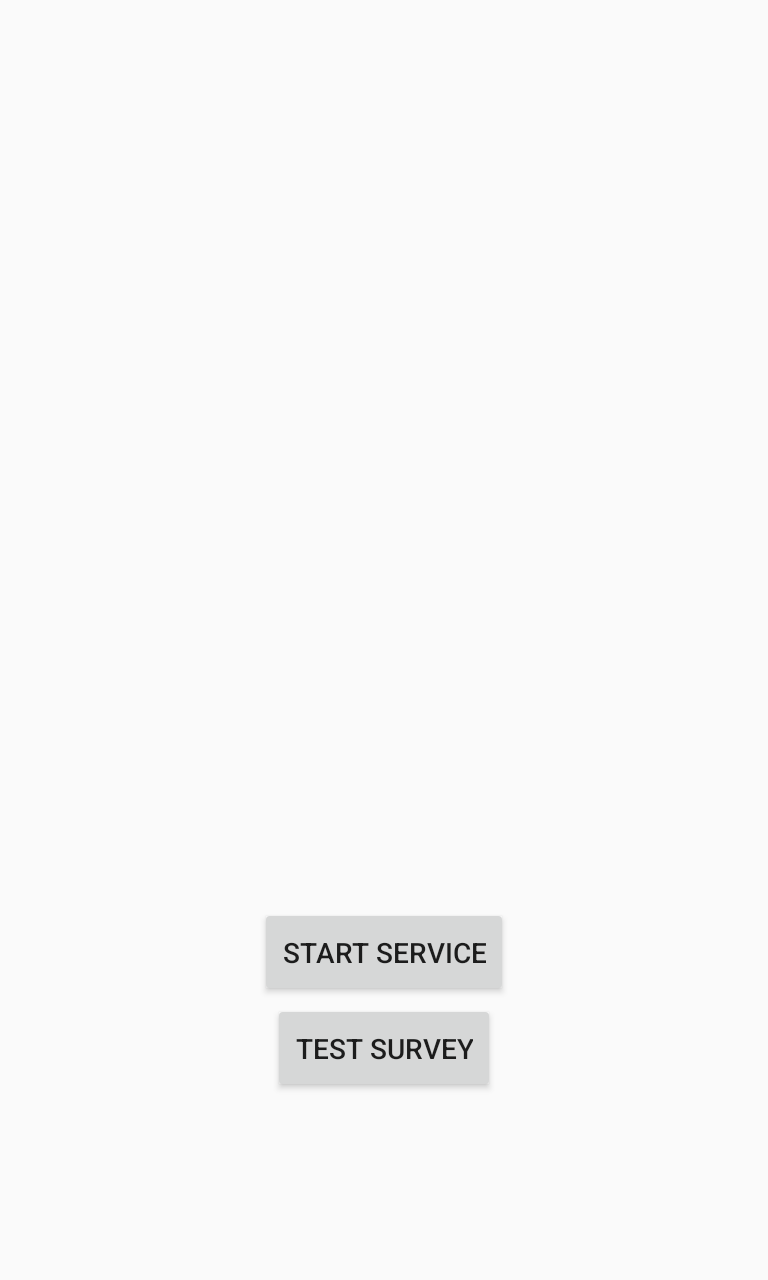
Repository: stevelyall/ERapp
Layout: ERsurvey/res/layout/activity_main.xml
These files come from the project's save history. The layout is drawn as it stood at one moment and after the next save; the edit follows.
It is drawn on a 768 x 1280 px phone screen (xhdpi) without system bars, with theme AppTheme; the app's code is not run.

Above is the layout before, as saved 2014-10-28 18:13:05.

After the next save:
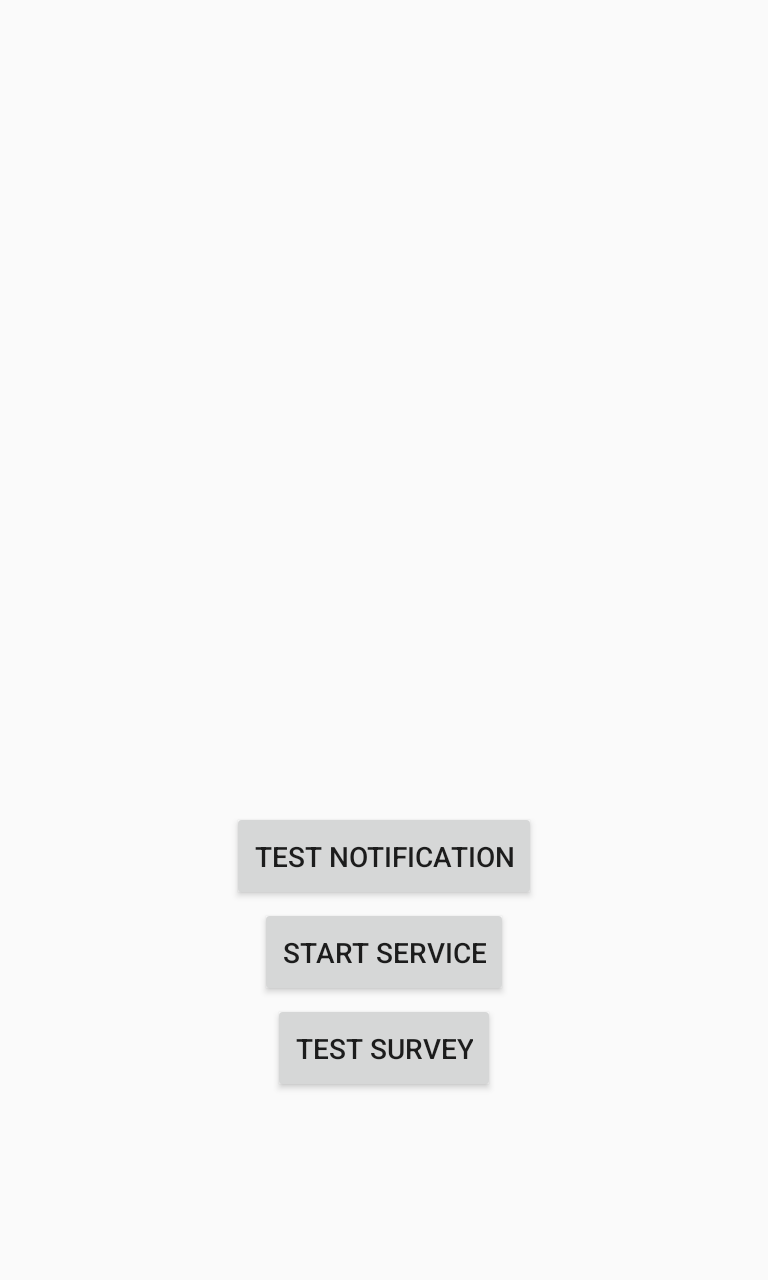
Saved 18 s later.
--- a/ERsurvey/res/layout/activity_main.xml
+++ b/ERsurvey/res/layout/activity_main.xml
@@ -20,4 +20,12 @@
         android:layout_centerHorizontal="true"
         android:text="@string/start_service" />
 
+    <Button
+        android:id="@+id/testNotifButton"
+        android:layout_width="wrap_content"
+        android:layout_height="wrap_content"
+        android:layout_above="@+id/startServiceButton"
+        android:layout_centerHorizontal="true"
+        android:text="@string/test_notify" />
+
 </RelativeLayout>
